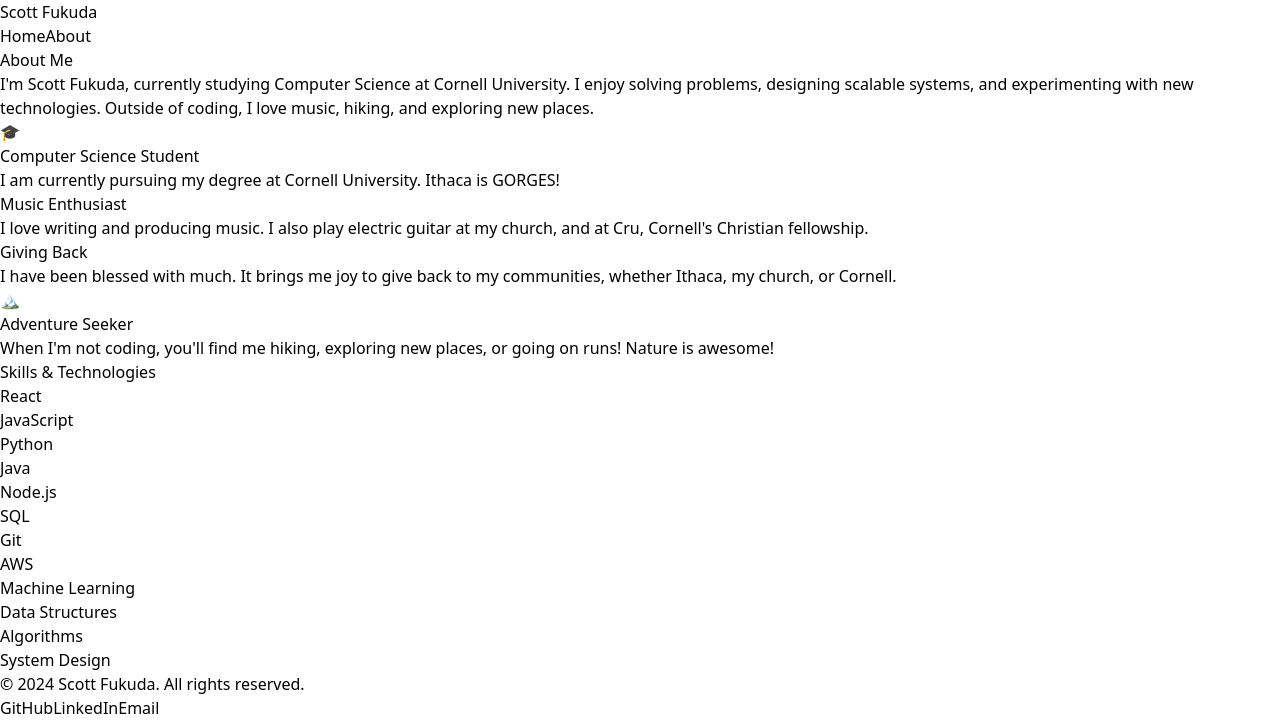
Repository: Scott-Fukuda/personalWebsite
Page: /about
An editor plug-in stored every save of this project. The page is shown before and after the next save, followed by the edit.
The browser window is 1280 px wide. The pictures show the whole page.
The project was rebuilt for these pictures with package versions that can differ from the ones it lists, and the page was loaded fresh each time. Some packages were replaced by stand-ins written for this rebuild. Also part of the build but not shown: vite.config.js, src/data/experiences.js, src/pages/Home.jsx.

Above is the page before, as saved 2025-08-27 17:34:53.

After the next save:
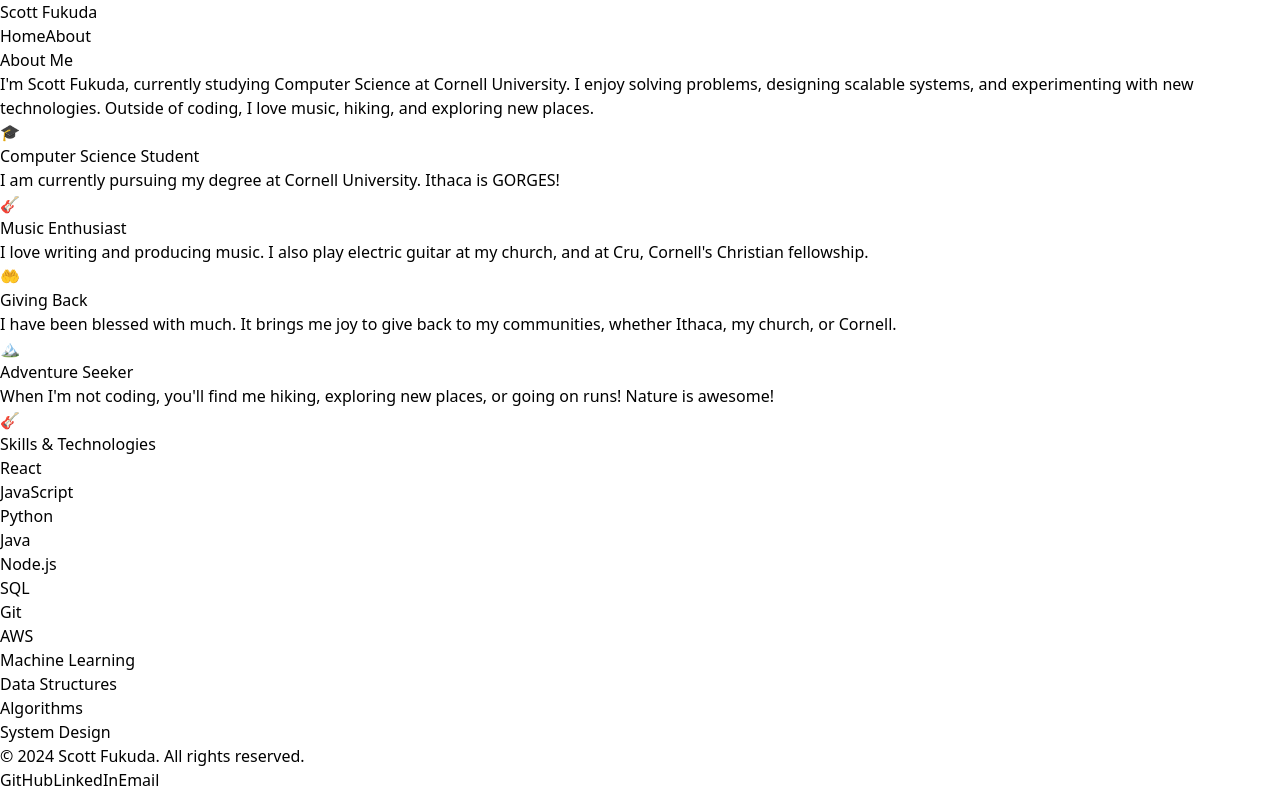
Saved 2 min 18 s later.
--- a/src/pages/About.jsx
+++ b/src/pages/About.jsx
@@ -22,13 +22,13 @@
     {
       title: "Music Enthusiast",
       description: "I love writing and producing music. I also play electric guitar at my church, and at Cru, Cornell's Christian fellowship.",
-      image: "",
+      image: "🎸",
       color: "from-green-500 to-teal-600"
     },
     {
       title: "Giving Back",
       description: "I have been blessed with much. It brings me joy to give back to my communities, whether Ithaca, my church, or Cornell.",
-      image: "",
+      image: "🤲",
       color: "from-yellow-500 to-orange-600"
     },
     {
